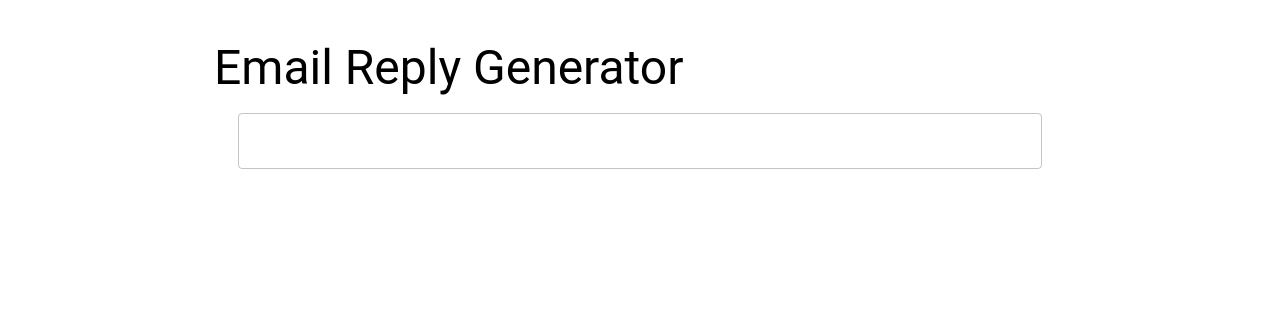
Repository: AbhirupB/EmailAI
Page: / (app in email-writer-react/)
These files come from the project's save history. The page is drawn as it stood at one moment and after a run of saves; the edit follows.
The browser window is 1280 px wide. The pictures show the whole page.
The project was rebuilt for these pictures with package versions that can differ from the ones it lists, and the page was loaded fresh each time. Also part of the build but not shown: email-writer-react/vite.config.js, email-writer-react/src/index.css, email-writer-react/src/App.css.

Above is the page before, as saved 2025-07-17 13:13:39.

### email-writer-react/src/App.jsx
import { useState } from 'react'
import './App.css'
import { Box, Container, TextField, Typography } from '@mui/material';

function App() {
  const [emailContent, setEmailContent] = useState('');
  const [tone, setTone] = useState('');
  const [generatingReply, setGeneratingReply] = useState('');
  const [loading, setLoading] = useState('false');
  const [error, setError] = useState('');

  return (
    <>
      <Container maxWidth="md" sx={{py:4}}>
        <Typography variant='h3' component='h1' gutterBottom>
          Email Reply Generator
        </Typography>

        <Box sx={{mx:3}}>
          <TextField fullWidth
          multiline></TextField>
        </Box>
      </Container>
    </>
  )
}

export default App

Loaded but not shown: email-writer-react/index.html (common file); email-writer-react/src/main.jsx (common file)

After the next 10 saves:
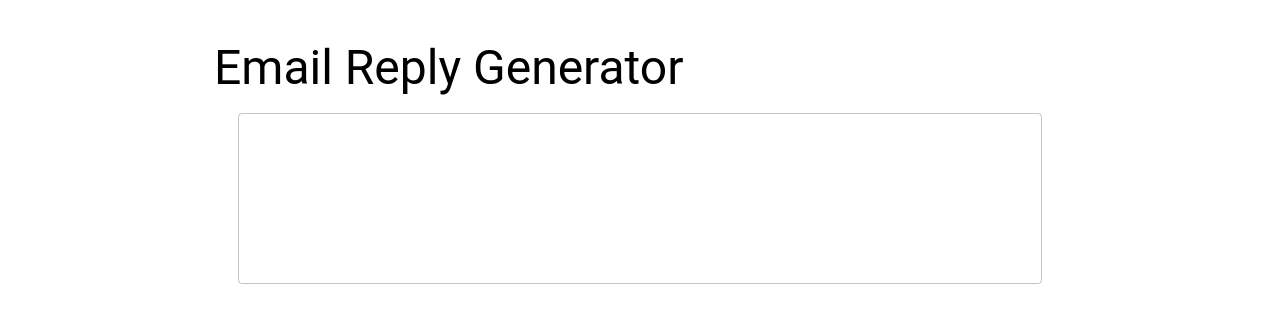
The 10 saves are shown as one change because they came seconds apart.
The last was saved 23 s later.
--- a/email-writer-react/src/App.jsx
+++ b/email-writer-react/src/App.jsx
@@ -18,7 +18,10 @@ function App() {
 
         <Box sx={{mx:3}}>
           <TextField fullWidth
-          multiline></TextField>
+          multiline
+          rows={6}
+          variant='outlined'
+          label></TextField>
         </Box>
       </Container>
     </>
